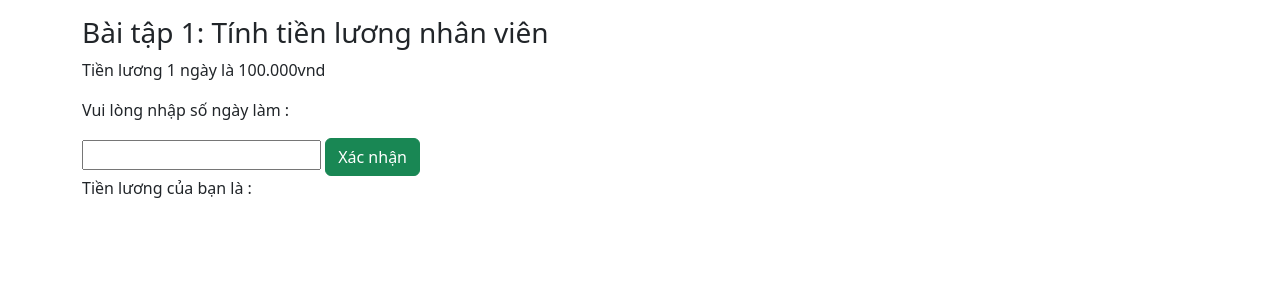
Repository: hcozyph/TranHuuPhuoc_BC43_BT_JS_Buoi2
Page: index.html
An editor plug-in stored every save of this project. The page is shown before and after the next save, followed by the edit.
The browser window is 1280 px wide. The pictures show the whole page.

Above is the page before, as saved 2023-01-21 20:34:04.
Console error: ReferenceError: luongMotNgay is not defined

After the next save:
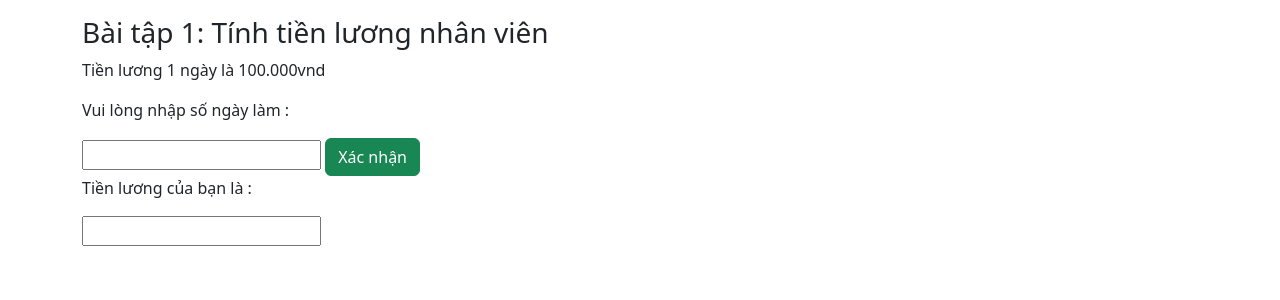
Saved 2 min 19 s later.
--- a/index.html
+++ b/index.html
@@ -45,6 +45,7 @@
                     Xác nhận
                 </button>
                 <p>Tiền lương của bạn là :</p>
+                <input type="text" id="result" />
             </div>
         </div>
 
